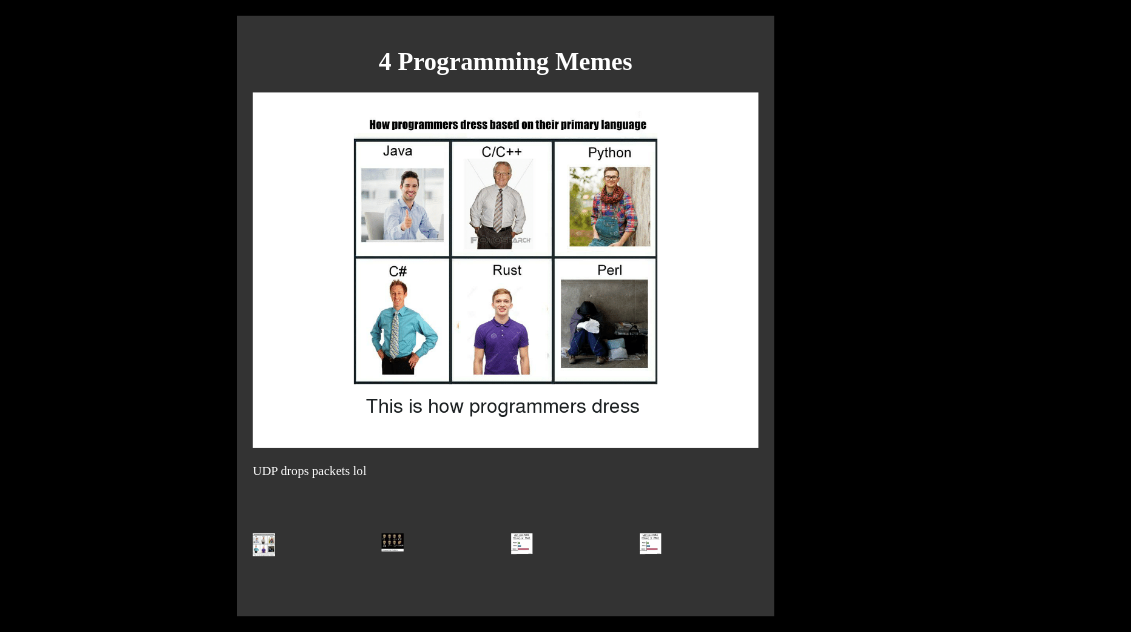
Repository: apopheny/JS230
Page: slideshow/index.html
These files come from the project's save history. The page is drawn as it stood at one moment and after the next save; the edit follows.
The browser window is 1280 px wide. The page is 1280 px wide, then 1432 px, then 1280 px, so the pictures cover 1432 px, including what lies to the right of the window. The pictures show the whole page, at 79% of full size.

Above is the page before, as saved 2024-02-05 14:17:10.
Console error: ReferenceError: func is not defined

After the next save:
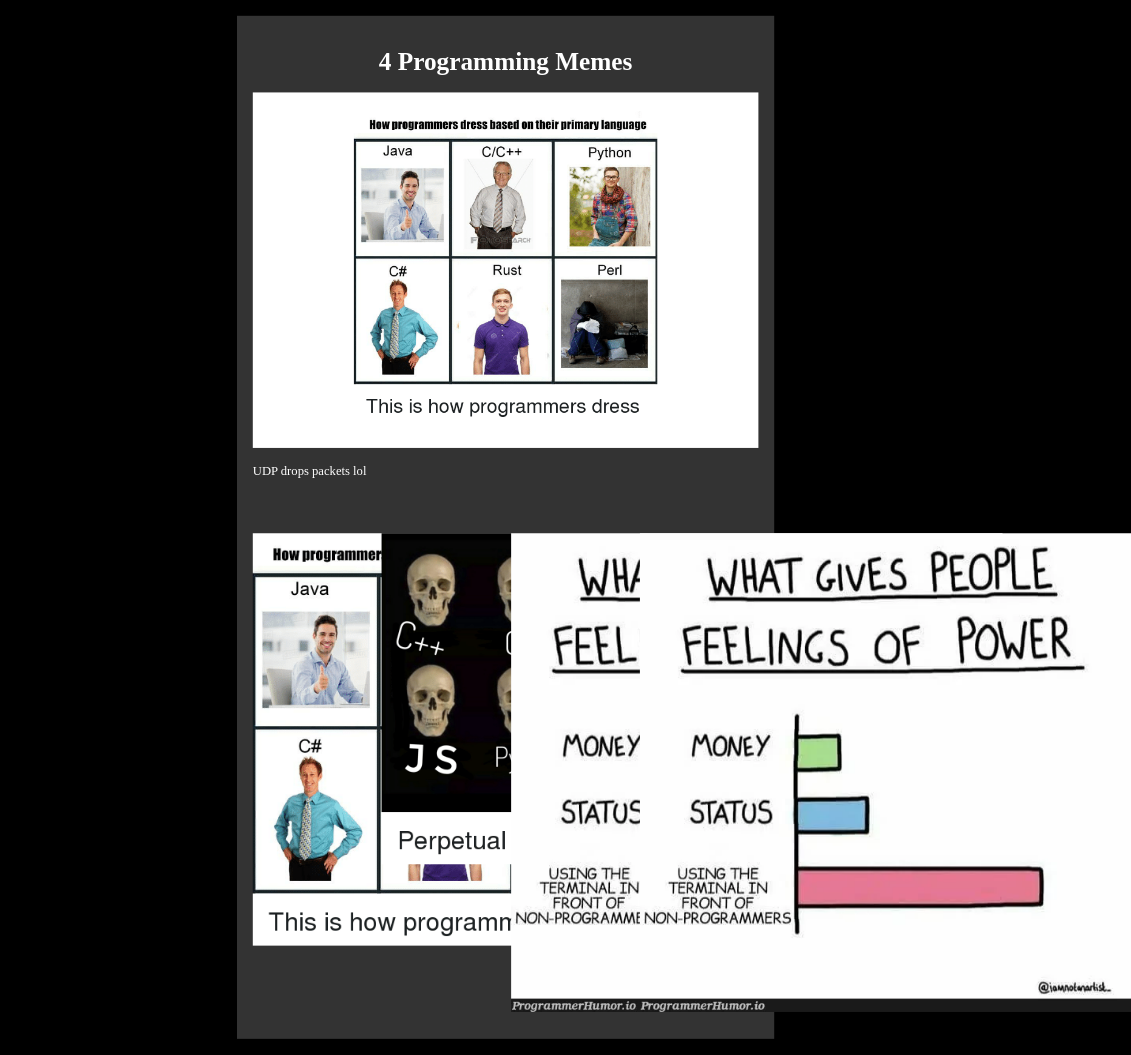
Saved 35 s later.
--- a/slideshow/index.html
+++ b/slideshow/index.html
@@ -39,7 +39,7 @@
           <a href="#" class="image-thumbnail" data-index"{{@index}}">
             <img
               src="assets/pic_{{this.id}}.png"
-              class="image-thumbnail"
+
               data-index="{{@index}}"
             />
           </a>

After the save that followed:
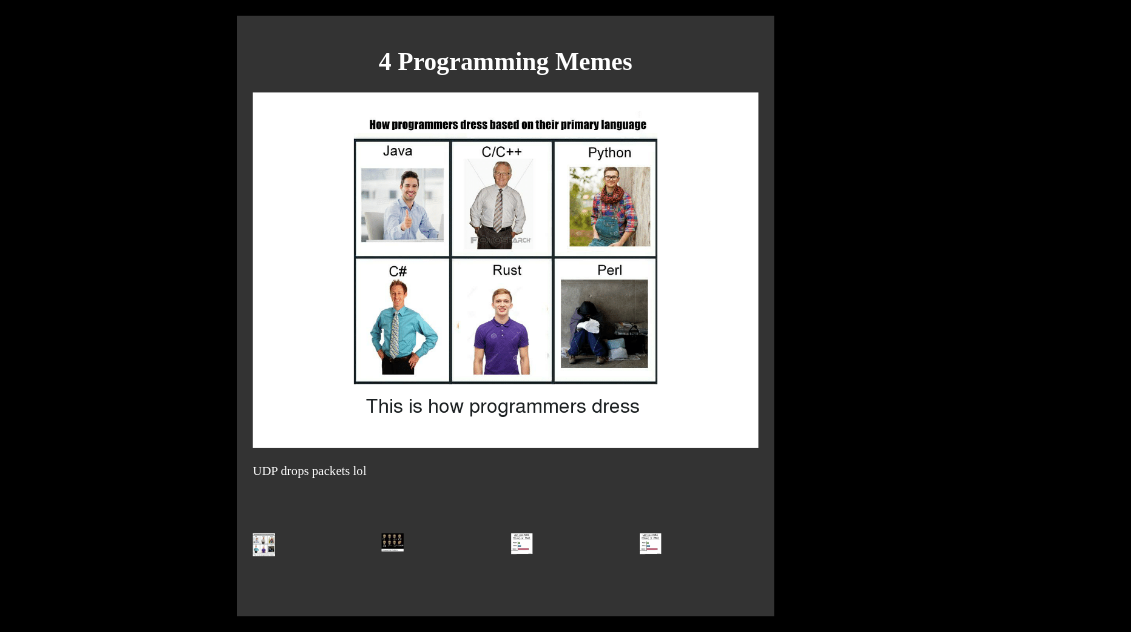
Saved 10 s later.
--- a/slideshow/index.html
+++ b/slideshow/index.html
@@ -39,7 +39,7 @@
           <a href="#" class="image-thumbnail" data-index"{{@index}}">
             <img
               src="assets/pic_{{this.id}}.png"
-
+              class="image-thumbnail"
               data-index="{{@index}}"
             />
           </a>
